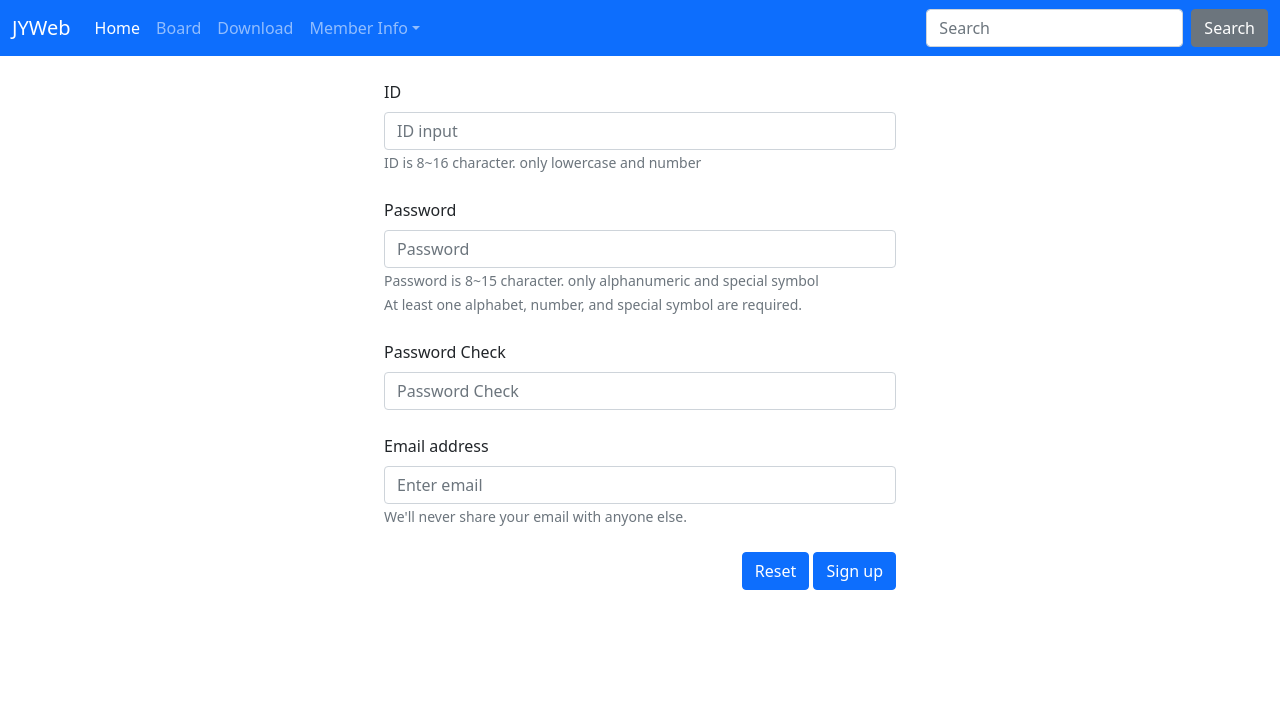
Repository: kjy4926/Javastudy
Page: http://localhost/web_service/signup
These files come from the project's save history. The page is drawn as it stood at one moment and after the next save; the edit follows.
The browser window is 1280 px wide. The pictures show the whole page.
The page is served by Tomcat 9.

Above is the page before, as saved 2022-06-03 02:49:03.

After the next save:
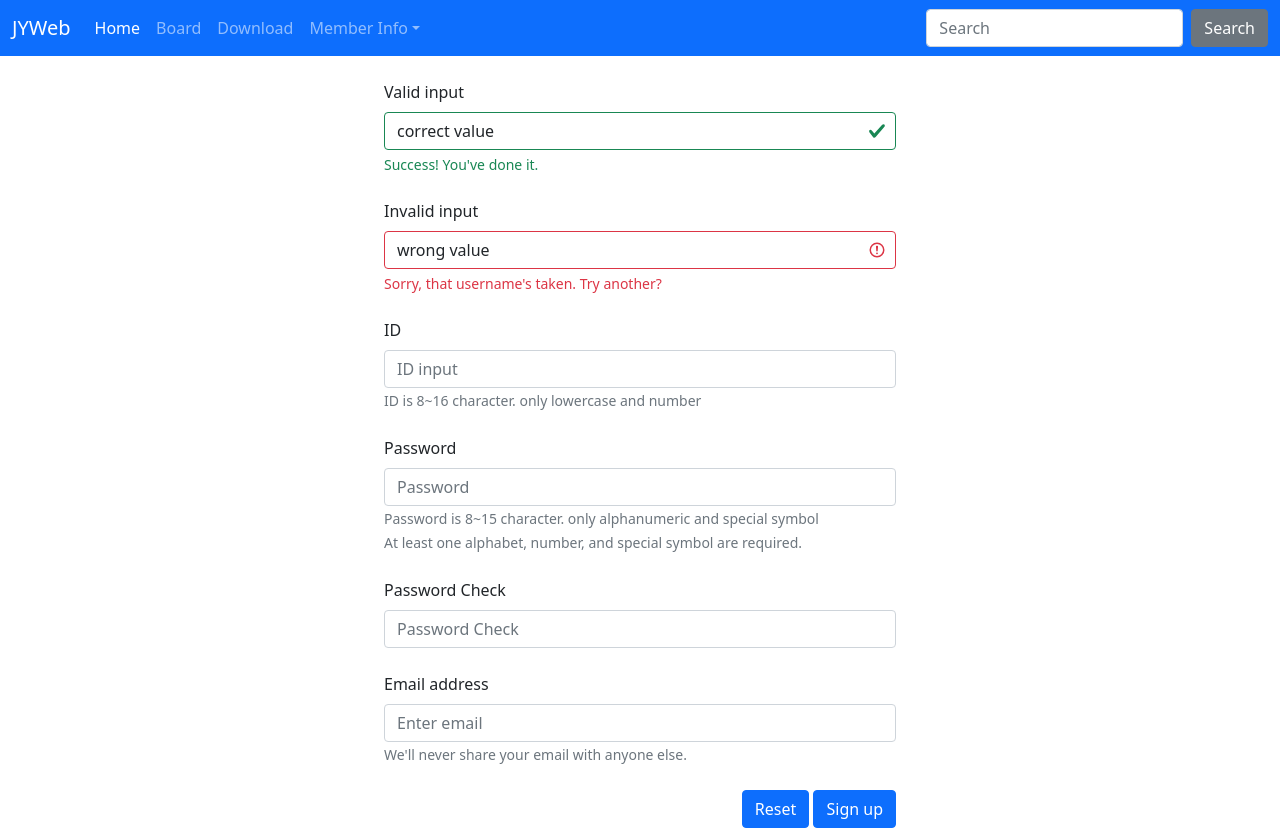
Saved 42 s later.
--- a/jspworkspace/web_service/WebContent/docs/signup.jsp
+++ b/jspworkspace/web_service/WebContent/docs/signup.jsp
@@ -24,6 +24,17 @@
 <body>
 	<c:import url="nav.jsp"></c:import>
 	<section class="loginform">
+		<div class="form-group has-success">
+		  <label class="form-label mt-4" for="inputValid">Valid input</label>
+		  <input type="text" value="correct value" class="form-control is-valid" id="inputValid">
+		  <div class="valid-feedback">Success! You've done it.</div>
+		</div>
+
+		<div class="form-group has-danger">
+		  <label class="form-label mt-4" for="inputInvalid">Invalid input</label>
+		  <input type="text" value="wrong value" class="form-control is-invalid" id="inputInvalid">
+		  <div class="invalid-feedback">Sorry, that username's taken. Try another?</div>
+		</div>
 		<form method="post" name="signup-form" onsubmit="return signUp(this)" action="signup">
 			<div class="form-group has-success has-danger">
 				<label class="form-label mt-4" for="inputID">ID</label>

After the 2 saves that followed:
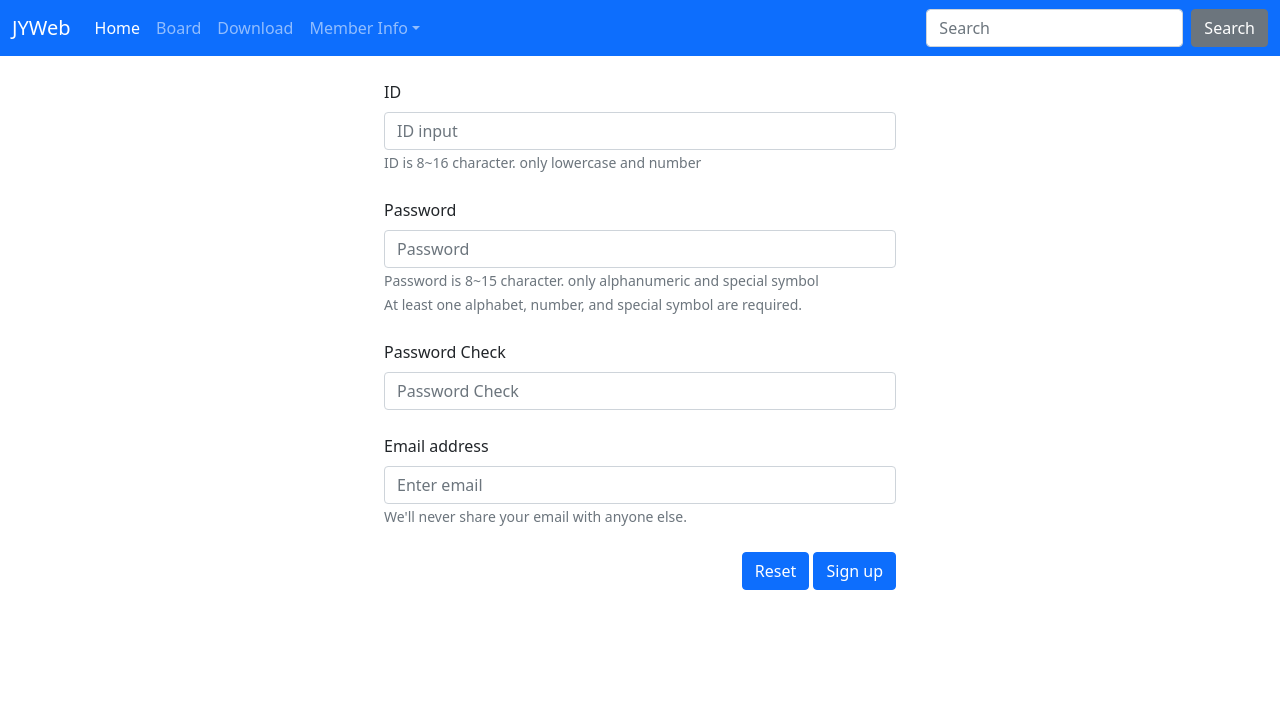
The 2 saves are shown as one change because 1 left the picture as it was.
The last was saved 44 s later.
--- a/jspworkspace/web_service/WebContent/docs/signup.jsp
+++ b/jspworkspace/web_service/WebContent/docs/signup.jsp
@@ -24,17 +24,6 @@
 <body>
 	<c:import url="nav.jsp"></c:import>
 	<section class="loginform">
-		<div class="form-group has-success">
-		  <label class="form-label mt-4" for="inputValid">Valid input</label>
-		  <input type="text" value="correct value" class="form-control is-valid" id="inputValid">
-		  <div class="valid-feedback">Success! You've done it.</div>
-		</div>
-
-		<div class="form-group has-danger">
-		  <label class="form-label mt-4" for="inputInvalid">Invalid input</label>
-		  <input type="text" value="wrong value" class="form-control is-invalid" id="inputInvalid">
-		  <div class="invalid-feedback">Sorry, that username's taken. Try another?</div>
-		</div>
 		<form method="post" name="signup-form" onsubmit="return signUp(this)" action="signup">
 			<div class="form-group has-success has-danger">
 				<label class="form-label mt-4" for="inputID">ID</label>
